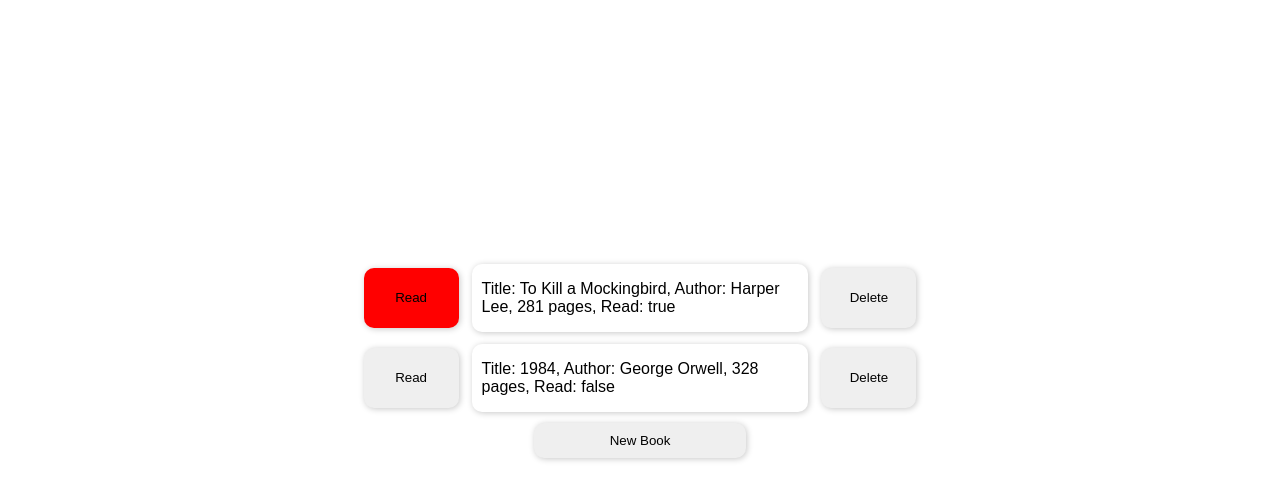
Repository: kocokoy/library
Page: index.html
The author's editor kept a copy of each file at every save. The page is drawn from the files as they stood at one save, then again after the next save.
The browser window is 1280 px wide. The pictures show the whole page.

Above is the page before, as saved 2024-11-06 14:14:35.

After the next save:
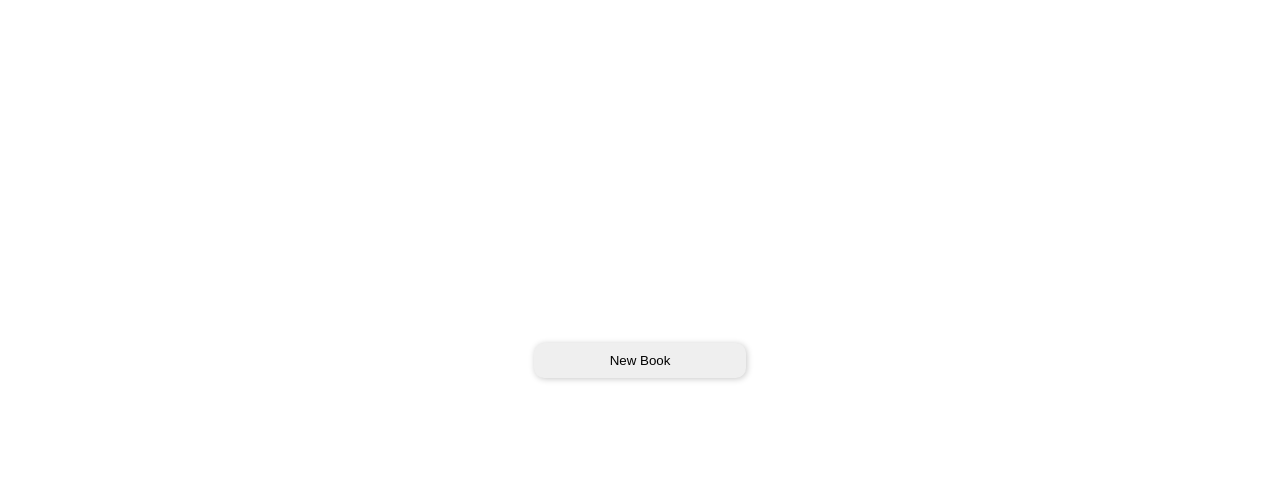
Console error: ReferenceError: Cannot access 'readButtonElement' before initialization
Saved 2 min 20 s later.
--- a/script.js
+++ b/script.js
@@ -63,14 +63,15 @@
       <div>Title: ${book.title}, Author: ${book.author}, ${book.pages} pages, Read: ${book.read}</div>
       <button class="jsDeleteButton">Delete</button>
     `
-    div.ins
-    bookDisplayElement.appendChild(div);
-    const readButtonElement = document.querySelector('.jsReadButton');
     if(book.read){
       readButtonElement.classList.add('book-read');
     }else{
       readButtonElement.classList.add('book-not-read');
     }
+    bookDisplayElement.appendChild(div);
+    const readButtonElement = document.querySelector('.jsReadButton');
+
+
 
   })
   deleteButtonClicked();

After the 2 saves that followed:
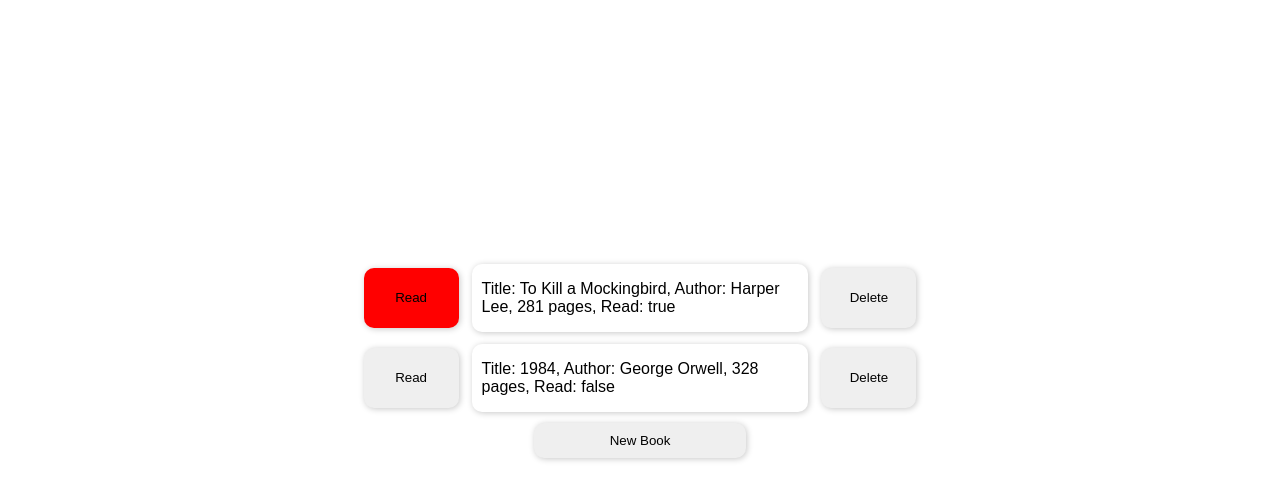
The error is gone.
The 2 saves are shown as one change because 1 left the picture as it was.
The last was saved 27 s later.
--- a/script.js
+++ b/script.js
@@ -63,13 +63,14 @@
       <div>Title: ${book.title}, Author: ${book.author}, ${book.pages} pages, Read: ${book.read}</div>
       <button class="jsDeleteButton">Delete</button>
     `
+    bookDisplayElement.appendChild(div);
+    const readButtonElement = document.querySelector('.jsReadButton');
     if(book.read){
       readButtonElement.classList.add('book-read');
     }else{
       readButtonElement.classList.add('book-not-read');
     }
-    bookDisplayElement.appendChild(div);
-    const readButtonElement = document.querySelector('.jsReadButton');
+
 
 
 
